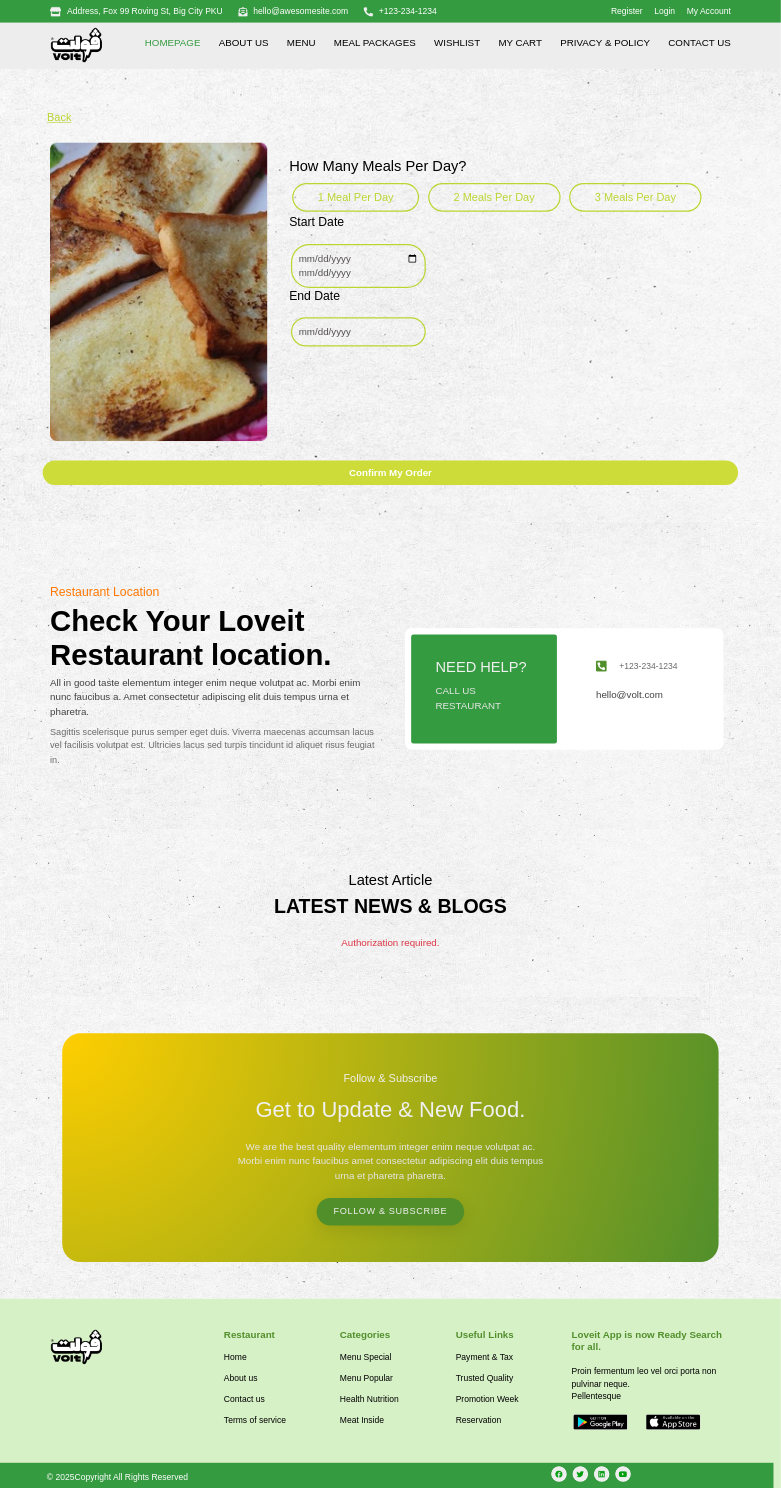
Repository: junivig/volt-new-project
Page: meal-packages-detail.html
These files come from the project's save history. The page is drawn as it stood at one moment and after the next save; the edit follows.
The browser window is 1280 px wide. The pictures show the whole page, at 61% of full size.

Above is the page before, as saved 2025-02-26 19:01:50.

After the next save:
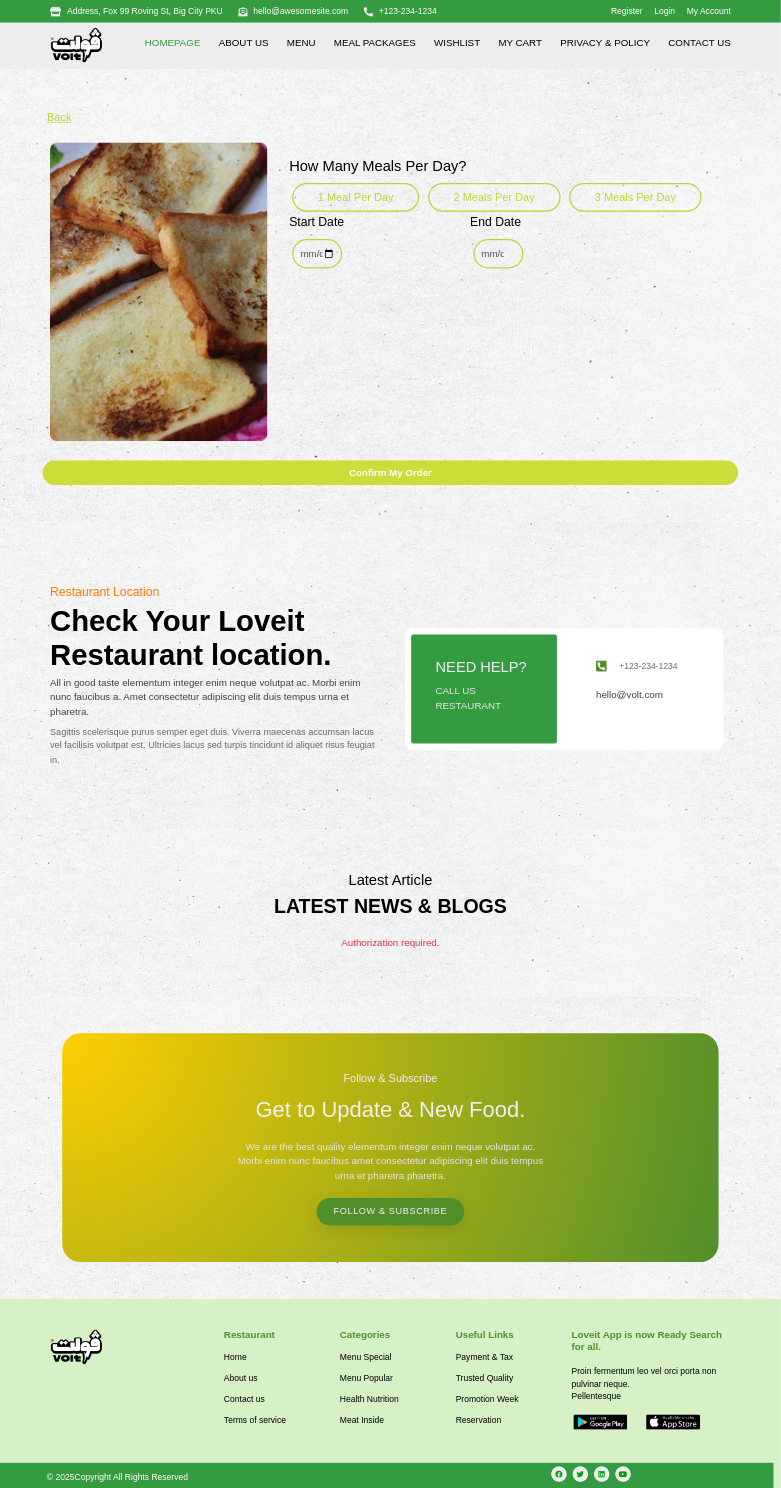
Saved 60 s later.
--- a/meal-packages-detail.html
+++ b/meal-packages-detail.html
@@ -151,18 +151,21 @@
     <br>
 
     <!-- Start Date -->
+     <div class="row">
+      <div class="col-5">
     <h5>Start Date</h5>
     <div class="date-picker-container mt-3">
         <input type="date" id="start-date" placeholder="Select Start Date">
-        <input type="date" id="end-date" placeholder="Select End Date" disabled>
-
     </div>
-
+  </div>
+  <div class="col-5">
     <!-- End Date -->
     <h5>End Date</h5>
     <div class="date-picker-container mt-3">
         <input type="date" id="end-date" placeholder="Select End Date" disabled>
     </div>
+  </div>
+  </div>
 </div>
 
 <script>
